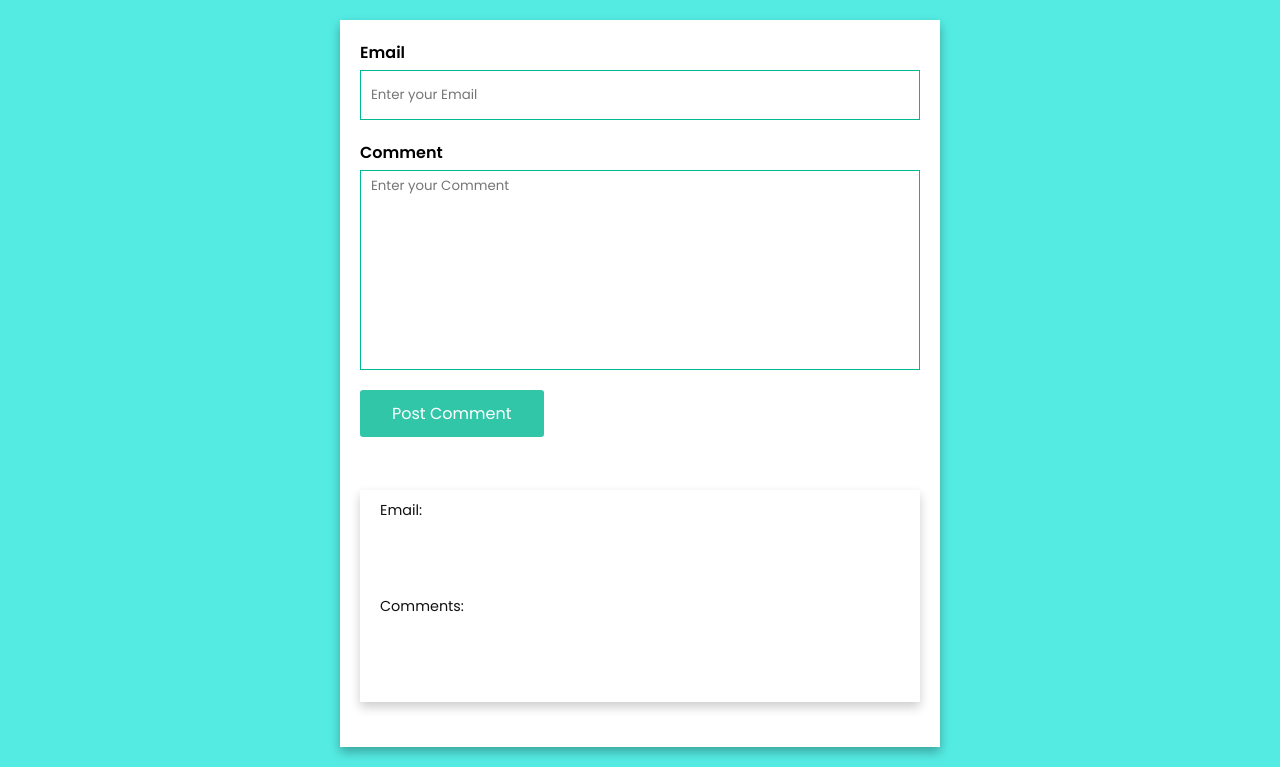
Repository: LaukeyMwaura/Fittylife-php
Page: html/review.html
The author's editor kept a copy of each file at every save. The page is drawn from the files as they stood at one save, then again after the next save.
The browser window is 1280 px wide. The pictures show the whole page.

Above is the page before, as saved 2022-03-10 08:42:18.

### html/review.html


<!DOCTYPE html>
<html>
<head>
	<meta charset="utf-8">
	<meta name="viewport" content="width=device-width, initial-scale=1.0">

	<link rel="stylesheet" type="text/css" href="../css/review.css">
	<title>User Reviews</title>
</head>
<body>
	<div class="wrapper">
		<form action="" method="POST" class="form">
			<div class="row">
				<div class="input-group">
					<label for="email">Email</label>
					<input type="email" name="email" id="email" placeholder="Enter your Email" required>
				</div>
			</div>
			<div class="input-group textarea">
				<label for="comment">Comment</label>
				<textarea id="comment" name="comment" placeholder="Enter your Comment" required></textarea>
			</div>
			<div class="input-group">
				<button name="submit" class="btn">Post Comment</button>
			</div>
		</form>
		<div class="prev-comments">

			<div class="single-item">
				<p>Email:</p>
				<br><br><br>
				<p>Comments:</p>
				<br><br><br>
				<p>
		</div>
	</div>
</body>
</html>

### css/review.css
@import url('https://fonts.googleapis.com/css2?family=Poppins:ital,wght@0,100;0,200;0,300;0,400;0,500;0,600;0,700;0,800;0,900;1,100;1,200;1,300;1,400;1,500;1,600;1,700;1,800;1,900&display=swap');

* {
    margin: 0;
    padding: 0;
    box-sizing: border-box;
    font-family: 'Poppins', sans-serif;
}

body {
    width: 100%;
    min-height: 100vh;
    display: flex;
    justify-content: center;
    align-items: center;
    flex-direction: column;
    background: #54ebe3;
}

.wrapper {
    padding: 20px;
    background: #FFF;
    box-shadow: 0 5px 10px rgba(0,0,0,0.3);
    width: 600px;
    min-height: 400px;
    margin: 20px 0;
}

.wrapper .row {
    display: grid;
    grid-template-columns: repeat(auto-fit, minmax(280px, 1fr));
}

.wrapper .form .row .input-group {
    padding: 0 10px;
    display: block;
}

.wrapper .form .row .input-group:first-child {
    padding-left: 0;
}

.wrapper .form .row .input-group:last-child {
    padding-right: 0;
}

.wrapper .form .input-group {
    width: 100%;
    height: 50px;
    margin-bottom: 50px;
}

.wrapper .form .input-group label {
    font-weight: 600;
    margin-bottom: 5px;
    display: block;
}

.wrapper .form .input-group .btn {
    margin: 20px 0;
    display: block;
    padding: .7rem 2rem;
    opacity: .8;
    color: #FFF;
    background: #00b894;
    border: none;
    outline: none;
    border-radius: 3px;
    cursor: pointer;
    font-size: 1rem;
    transition: .3s ease-in;
}

.wrapper .form .input-group .btn:hover {
    opacity: 1;
}

.wrapper .form .input-group input, .wrapper .form .input-group textarea {
    width: 100%;
    height: 100%;
    border: 1px solid #00b894;
    outline: none;
    padding: 5px 10px;
}

.wrapper .form .input-group.textarea {
    height: 200px;
}

.wrapper .form .input-group.textarea textarea {
    resize: none;
}

.wrapper .prev-comments {
    margin-top: 50px;
}

.wrapper .prev-comments .single-item {
    background: #FFF;
    box-shadow: 0 5px 10px rgba(0,0,0,0.2);
    padding: 10px 20px;
    text-align: left;
    margin-bottom: 25px;
}

.wrapper .prev-comments .single-item h4 {
    font-size: 1.3rem;
    font-weight: 800;
    color: #111;
}

.wrapper .prev-comments .single-item a {
    margin: 10px 0;
    font-size: 1rem;
    color: #111;
    text-decoration: none;
    display: inline-block;
}

.wrapper .prev-comments .single-item p {
    font-size: .9rem;
    color: #111;
}

After the next save:
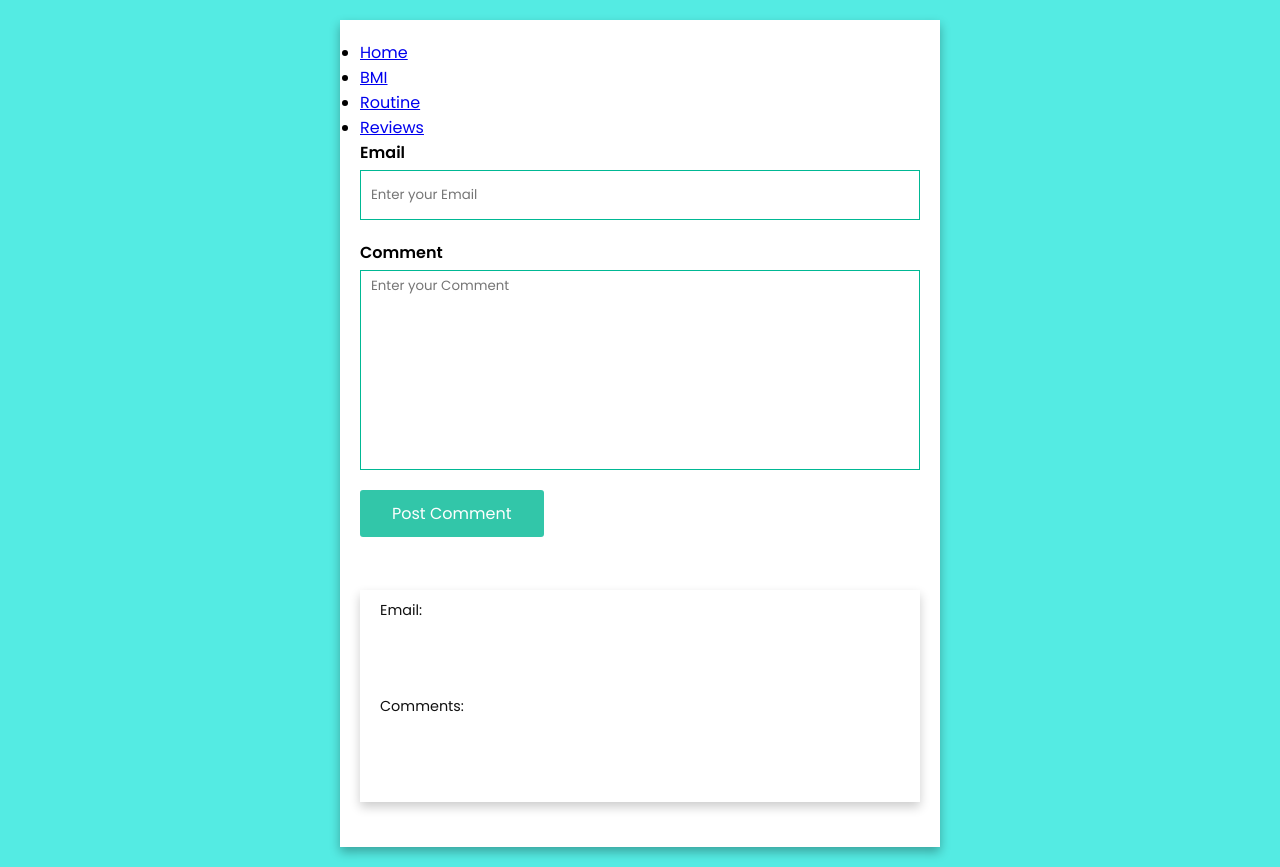
Saved 53 min 25 s later.
--- a/html/review.html
+++ b/html/review.html
@@ -11,6 +11,20 @@
 </head>
 <body>
 	<div class="wrapper">
+		    <ul class="nav justify-content-center">
+        <li class="nav-item">
+            <a class="nav-link active" href="./index.html">Home</a>
+        </li>
+        <li class="nav-item">
+            <a class="nav-link" href="./bmi.html">BMI</a>
+        </li>
+        <li class="nav-item">
+            <a class="nav-link" href="./routine.html">Routine</a>
+        </li>
+        <li class="nav-item">
+            <a class="nav-link" href="./review.html">Reviews</a>
+        </li>
+    </ul>
 		<form action="" method="POST" class="form">
 			<div class="row">
 				<div class="input-group">
